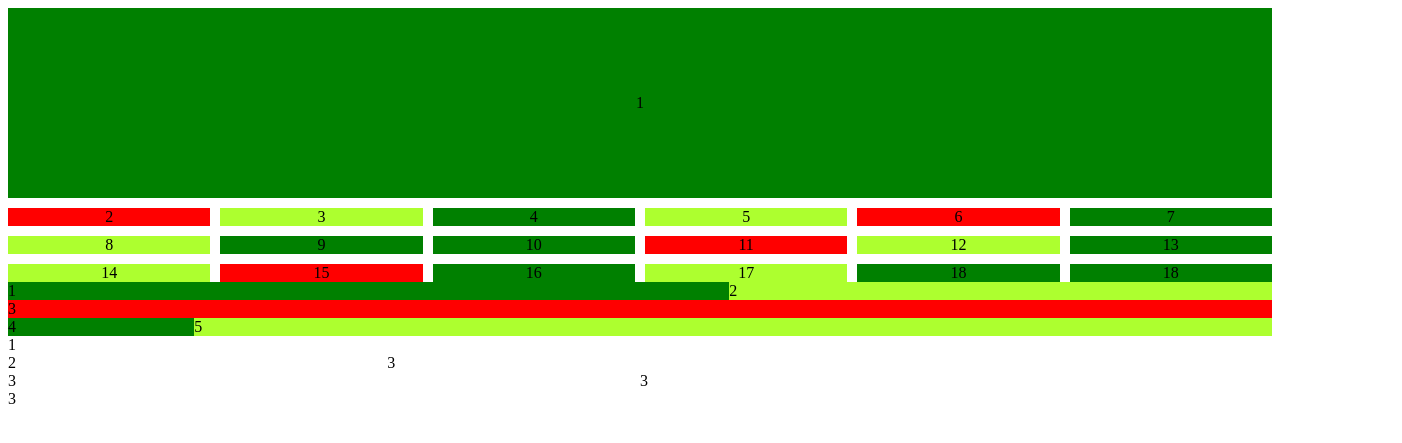
Repository: motiejus1/09-paskaita-05.31
Page: index.html
These files come from the project's save history. The page is drawn as it stood at one moment and after a run of saves; the edit follows.
The browser window is 1280 px wide. The page is 1280 px wide, then 1402 px, then 1280 px, so the pictures cover 1402 px, including what lies to the right of the window. The pictures show the whole page.

Above is the page before, as saved 2021-06-15 20:41:52.

After the next 2 saves:
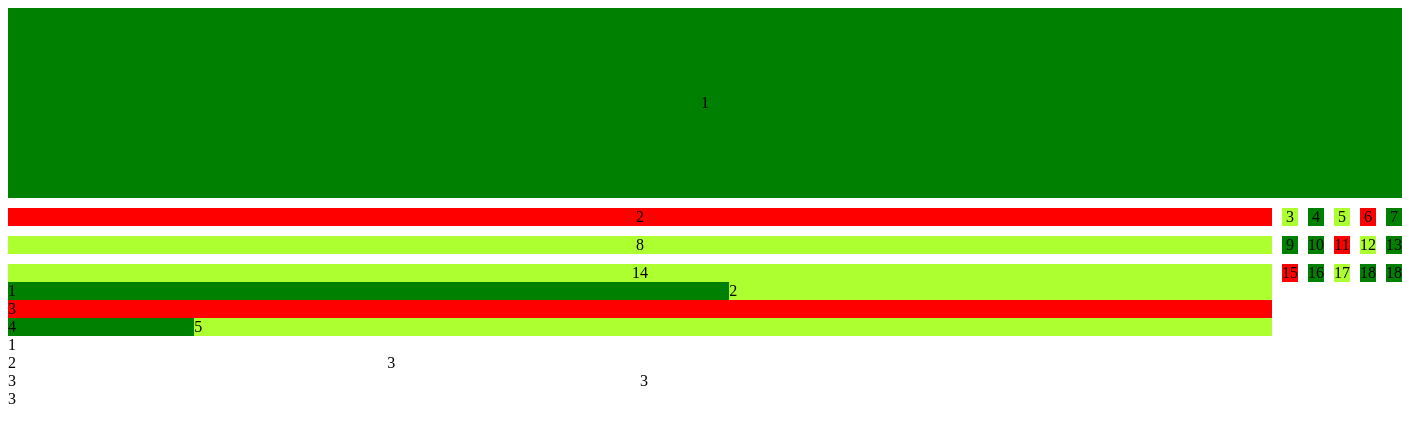
The 2 saves are shown as one change because they came seconds apart.
The last was saved 32 s later.
--- a/index.html
+++ b/index.html
@@ -8,7 +8,7 @@
     <style>
         .grid-container {
             display: grid;
-            grid-template-columns: auto auto auto auto auto auto;
+            grid-template-columns: 100% ;
             grid-column-gap: 10px ;
             grid-row-gap: 10px ;
         }

After the save that followed:
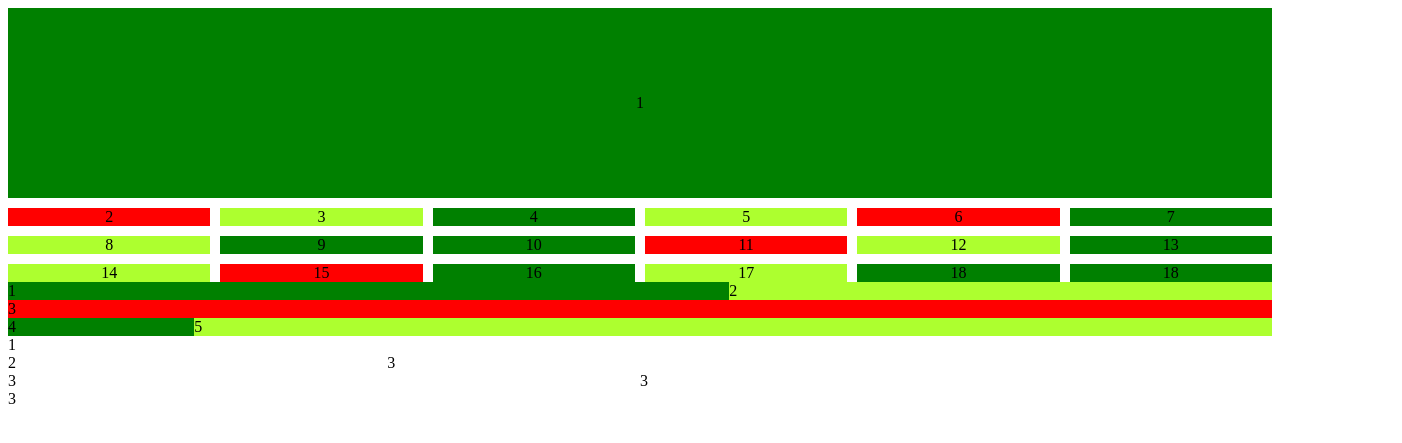
Saved 5 s later.
--- a/index.html
+++ b/index.html
@@ -8,7 +8,7 @@
     <style>
         .grid-container {
             display: grid;
-            grid-template-columns: 100% ;
+            grid-template-columns: 100% 75;
             grid-column-gap: 10px ;
             grid-row-gap: 10px ;
         }
